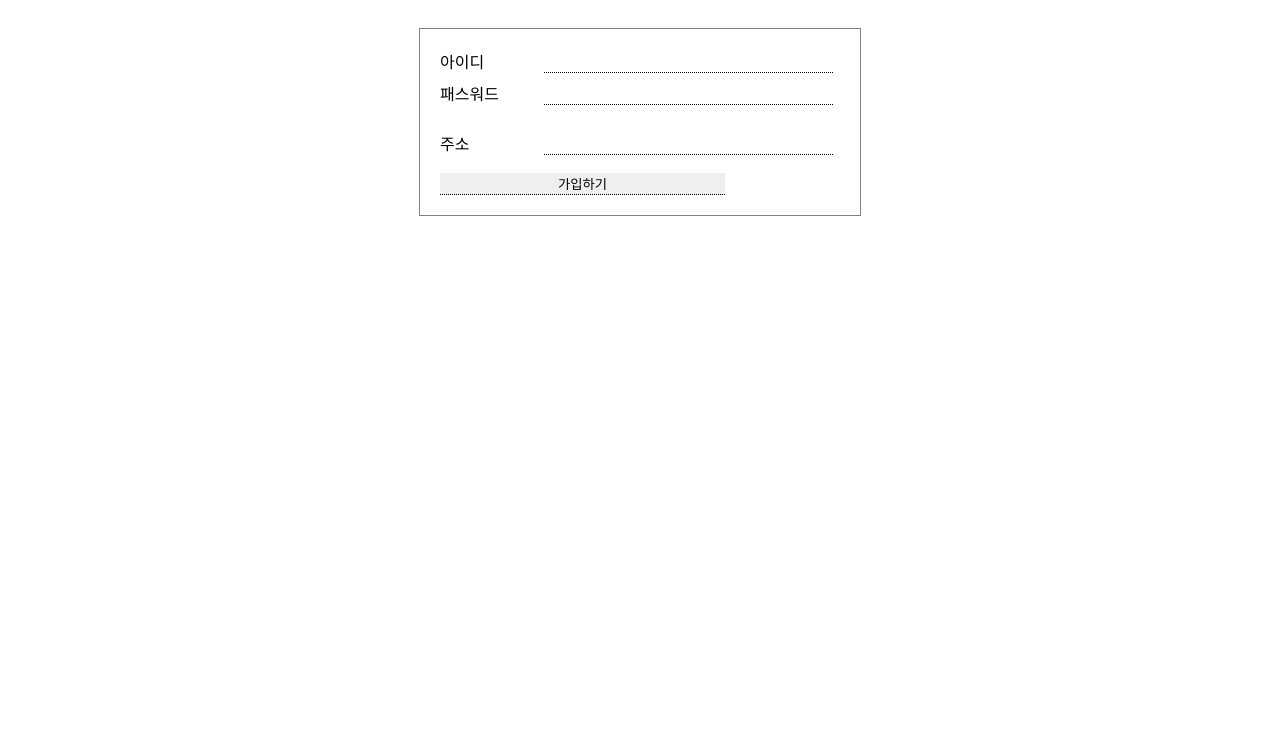
Repository: hyunhub-Park/jspStudy
Page: jspStudy/src/main/webapp/member/write.html
The author's editor kept a copy of each file at every save. The page is drawn from the files as they stood at one save, then again after the next save.
The browser window is 1280 px wide. The pictures show the whole page.

Above is the page before, as saved 2024-12-03 12:30:00.

### jspStudy/src/main/webapp/member/write.html
<!DOCTYPE html>
<html lang="en">
<head>
    <meta charset="UTF-8">
    <meta name="viewport" content="width=device-width, initial-scale=1.0">
    <title>Register</title>
    <style>
        body
        {
            padding-top: 20px;
            height: 100vh;
        }

        form
        {
            width: 400px;
            margin: 0 auto;
            padding: 20px;
            border: 1px solid gray;
        }

        form label
        {
            display: inline-block;
            width: 100px;
        }

        form input #signIn
        {
            width: 100%;
            padding: 8px;
            display: block;
            background-color: aquamarine;
        }

/*         form button
        {
            width: 100%;
            padding: 8px;
            display: block;
            background-color: aquamarine;
        } */

/*         form #addr2
        {
            margin-left: 105px;
        } */

        form input
        {
            display: inline-block;
            width: 285px;
            border: none;
            border-bottom: 1px dotted black;
            outline: none;
        }

/*         #email1, #email2
        {
            width: 130px
        } */

        form p
        {
            font-size: 8px;
            margin-left: 105px;
        }
    </style>
    <script>
        // function onLoad ()
        // {
        //     // 객체 찾기.
        //     const pwd = document.querySelector('#pwd');
        //     const id =  document.querySelector('#id');
        //     const pwd_ck = document.querySelector('#pwd_ch');

        //     // 이벤트 리스너 등록 및 핸들러 처리.
        //     pwd.addEventListener("click", () =>
        //     {
        //         pwd.nextSibling.textContent = "영문자, 대소문자, 특수문자, 숫자 포함 8-32자."
        //     });

        //     id.addEventListener ("blur", ()=>
        //     {
        //         if(id.value.lenth <= 0)
        //         {
        //             idText.nextSibling.textContent = "필수입력항목";
        //         }
        //     });

        //     pwd.addEventListener ("blur", ()=>
        //     {
        //         if(pwd.value.lenth <= 0)
        //         {
        //             pwd.nextSibling.textContent = "필수입력항목";
        //         }
        //     });

        //     pwd_ck.addEventListener ("blur", ()=>
        //     {
        //         if(pwd_ck.value.lenth <= 0)
        //         {
        //             pwd_ck.nextSibling.textContent = "필수입력항목";
        //         }
        //     });

        //     // pwd_ch.addEventListener("blur", () => validate(pwd_ck));

        //     // function validate (obj)
        //     // {
        //     //     if (obj.value.lenth <= 0)
        //     //     obj.nextSibling.textContent = "필수입력항목";
        //     // }
        // }
    </script>
</head>
<body>
    <form action="/jspStudy/memberInsert" method="post">
        <label for="id">아이디</label>
        <input type="text" name="id" id="id"><p id="idText"></p>
        <label for="pwd" method="post">패스워드</label>
        <input type="password" name="pwd" id="pwd"><p id="idPwd"></p>
        <br>
        <label for="addr1">주소</label>
        <input type="text" name="addr1" id="addr1"> <br> <br>
        <!-- <input type="text" name="addr2" id="addr2"> <br> <br> -->
				<!-- <button type="subit">가입</button> -->
        <input type="submit" value="가입하기" id="signIn"></input>
    </form>
</body>
</html>

After the next save:
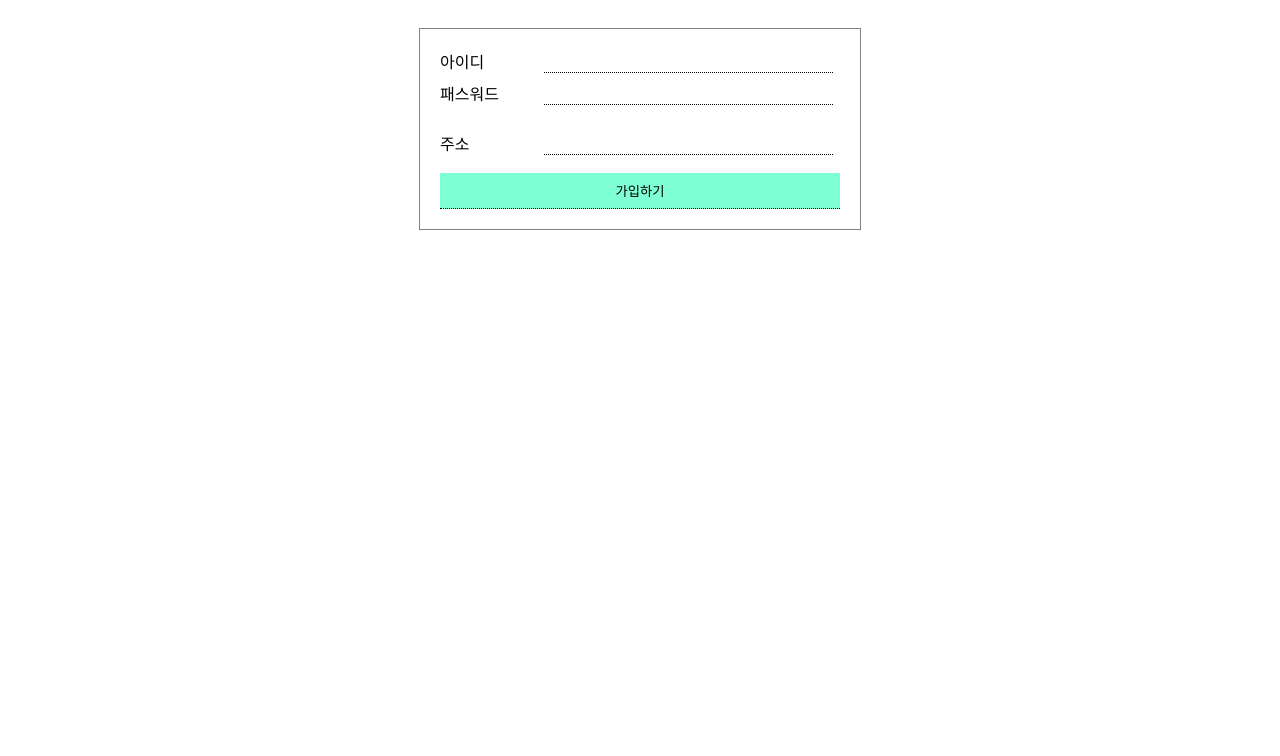
Saved 30 s later.
--- a/jspStudy/src/main/webapp/member/write.html
+++ b/jspStudy/src/main/webapp/member/write.html
@@ -25,7 +25,7 @@
             width: 100px;
         }
 
-        form input #signIn
+        form #signIn
         {
             width: 100%;
             padding: 8px;
